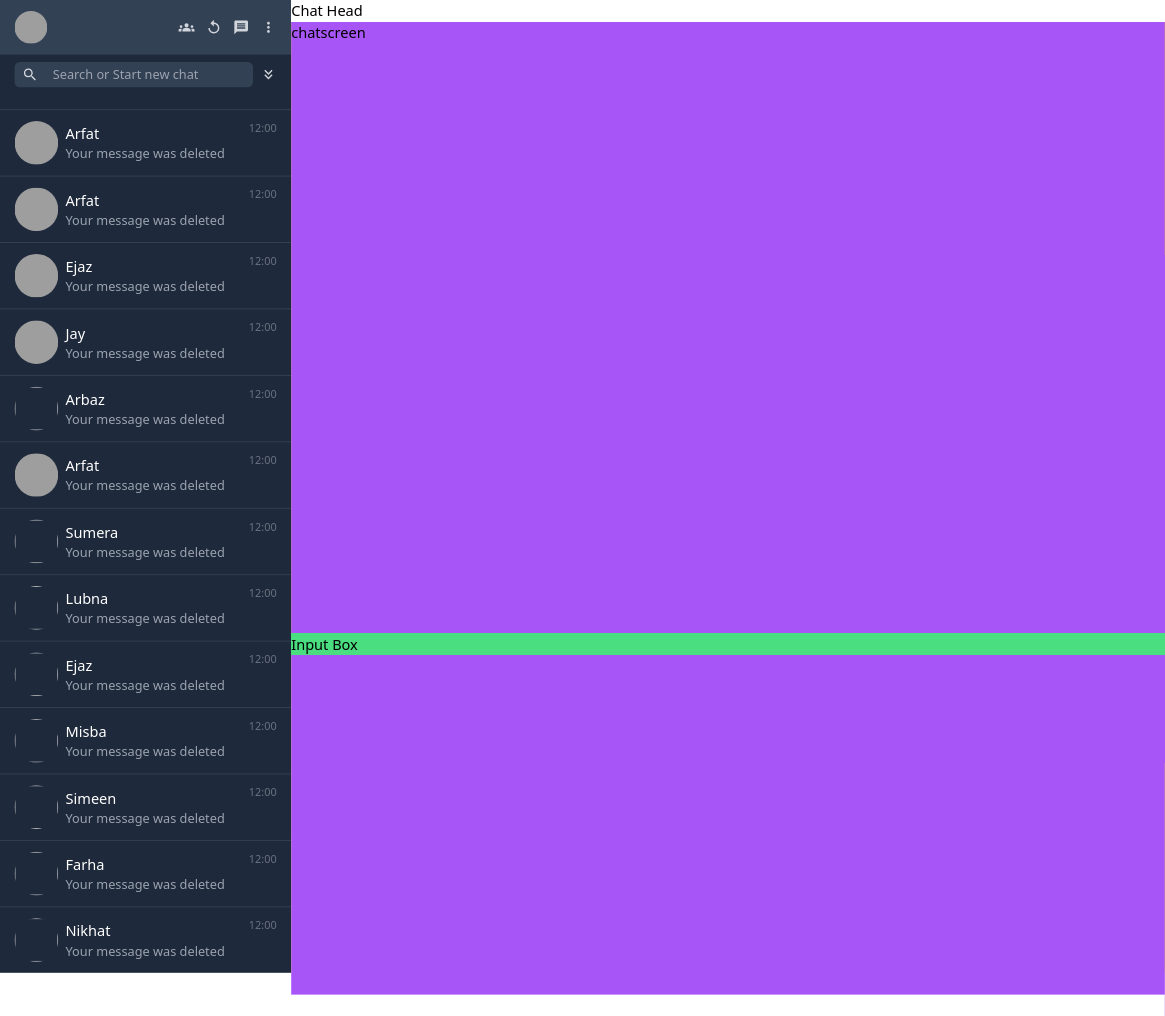
Repository: theanmol-raj/whatsapp
Page: /
An editor plug-in stored every save of this project. The page is shown before and after the next save, followed by the edit.
The browser window is 1280 px wide. The pictures show the whole page, at 91% of full size.
Pictures or frames that could not be fetched are drawn as grey boxes. The project was rebuilt for these pictures with package versions that can differ from the ones it lists, and the page was loaded fresh each time.

Above is the page before, as saved 2022-12-05 21:37:57.

### src/index.js
import React from 'react';
import ReactDOM from 'react-dom/client';
import './index.css';
import App from './App';






const root = ReactDOM.createRoot(document.getElementById('root'));

root.render(
  <App />
);

### src/App.js
import Homescreen from "./Screens/Homescreen";

function App() {

  return (
    <div className="h-screen w-screen bg-slate-900">
      <Homescreen />
      {/* LoginScreen */}
    </div>
  );
}

export default App;

### src/Screens/Homescreen.jsx
import React from 'react'
import ChatScreen from '../Components/ChatScreen'
import ContactList from '../Components/ContactList'

function Homescreen() {
  return (
    <div className=' w-full max-w-[95rem] grid grid-cols-4 h-screen bg-red-500 mx-auto'>
        {/* Contact List */}
            <ContactList />
        {/* Message Box */}
            <ChatScreen />

    </div>
  )
}

export default Homescreen

### src/Components/ChatScreen.jsx
import React from 'react'

function ChatScreen() {
  return (
    <div className=' bg-yellow-400 col-span-3 relative'>
        <div className=' w-full bg-white sticky top-0'>
                Chat Head
        </div>
        <div className=' h-full bg-purple-500'>
                chatscreen
        </div>
        <div className=' w-full sticky bottom-0 bg-green-400'>
                Input Box
        </div>
    </div>
  )
}

export default ChatScreen

### src/Components/ContactList.jsx
import React from 'react'
import GroupsIcon from '@mui/icons-material/Groups';
import ReplayIcon from '@mui/icons-material/Replay';
import MessageIcon from '@mui/icons-material/Message';
import MoreVertIcon from '@mui/icons-material/MoreVert';
import KeyboardDoubleArrowDownIcon from '@mui/icons-material/KeyboardDoubleArrowDown';
import SearchIcon from '@mui/icons-material/Search';
import ContactCard from './ContactCard';


function ContactList() {

  const ContactArray = [ { name : "Arfat" , img : `https://pps.whatsapp.net/v/t61.24694-24/312280018_169906322326594_541453286877171405_n.jpg?ccb=11-4&oh=01_AdQ1yNbSZqdVKcnMgMRJIHB1Ir-EPaz0J7QmOLxRvme0eg&oe=639896B0`} ,{ name : "Arfat" , img : `https://pps.whatsapp.net/v/t61.24694-24/312280018_169906322326594_541453286877171405_n.jpg?ccb=11-4&oh=01_AdQ1yNbSZqdVKcnMgMRJIHB1Ir-EPaz0J7QmOLxRvme0eg&oe=639896B0`},
  { name : "Ejaz" , img : `https://pps.whatsapp.net/v/t61.24694-24/298328542_766611371246745_4042993338047187675_n.jpg?ccb=11-4&oh=01_AdQ36FheWCyxcYyPJQ-xCOFR58A1-h-HbgN6dFXHd5YssQ&oe=639876BD`},
  { name : "Jay" , img : `https://pps.whatsapp.net/v/t61.24694-24/309614518_676409680674624_813590369321952386_n.jpg?ccb=11-4&oh=01_AdQbubsmhWacR9EVpPe10W9t9Xm3P9OgNLSLIcnwalFypA&oe=63989C85`}]


  return (
    <div className=' bg-slate-800'>
      <div className=' flex justify-between items-center p-3 px-4 bg-slate-700'>
        <img className=' rounded-full h-9 w-9' alt='' src="https://pps.whatsapp.net/v/t61.24694-24/158723607_419193396439292_5955373819812020282_n.jpg?stp=dst-jpg_s96x96&ccb=11-4&oh=01_AdRKjHR9ktMhs2HrAksQulr5trvWOTtpB53hlyDh0ZECbw&oe=63986EC2" />
        <div className=' flex text-gray-300 text-lg space-x-3'>
          <GroupsIcon fontSize='inherit' />
          <ReplayIcon fontSize='inherit' />
          <MessageIcon fontSize='inherit' />
          <MoreVertIcon fontSize='inherit' />
        </div>

      </div>
      <div className=' flex items-center text-gray-300 px-4 py-2 text-lg space-x-2'>
        <div className='flex items-center w-full bg-slate-700 space-x-4 px-2 py-1 rounded-md'>
          <SearchIcon fontSize='inherit' />
          <input placeholder='Search or Start new chat' className=' bg-transparent text-sm w-full' />
        </div>
        <KeyboardDoubleArrowDownIcon fontSize='inherit' />
      </div>

      <div className='mt-4'>
        {
          ContactArray.map((item,index,arrayItself) => <ContactCard key={index} showName={item.name} showImg={item.img} /> )
        }




        <ContactCard showName="Arbaz" />
        <ContactCard showName={ContactArray[0].name} showImg={ContactArray[0].img} />
        <ContactCard showName="Sumera" />

        <ContactCard showName="Lubna" />
        <ContactCard showName="Ejaz" />
        <ContactCard showName="Misba" />
        <ContactCard showName="Simeen" />
        <ContactCard showName="Farha" />
        <ContactCard showName="Nikhat" />

      </div>

    </div>
  )
}

export default ContactList

### src/Components/ContactCard.jsx
import React from 'react'




function ContactCard(props){
    console.log(props)


  return (
    <div className='text-gray-500 border-t py-3 border-slate-700 text-sm'>
        <div className=' flex justify-between mx-4'>
            <div className=' flex space-x-2 items-center'>
                <img className=' rounded-full h-12 w-12' alt='' src={props.showImg} />
                <div>
                    <p className=' text-white text-base'>{props.showName}</p>
                    <p className=' text-gray-400'> Your message was deleted</p>
                </div>
            </div>
            <div>
                <p className='text-xs '>12:00</p>
            </div>
        </div>
    </div>
  )
}

export default ContactCard

Loaded but not shown: public/index.html (common file); src/index.css (common file); tailwind.config.js (common file)

After the next save:
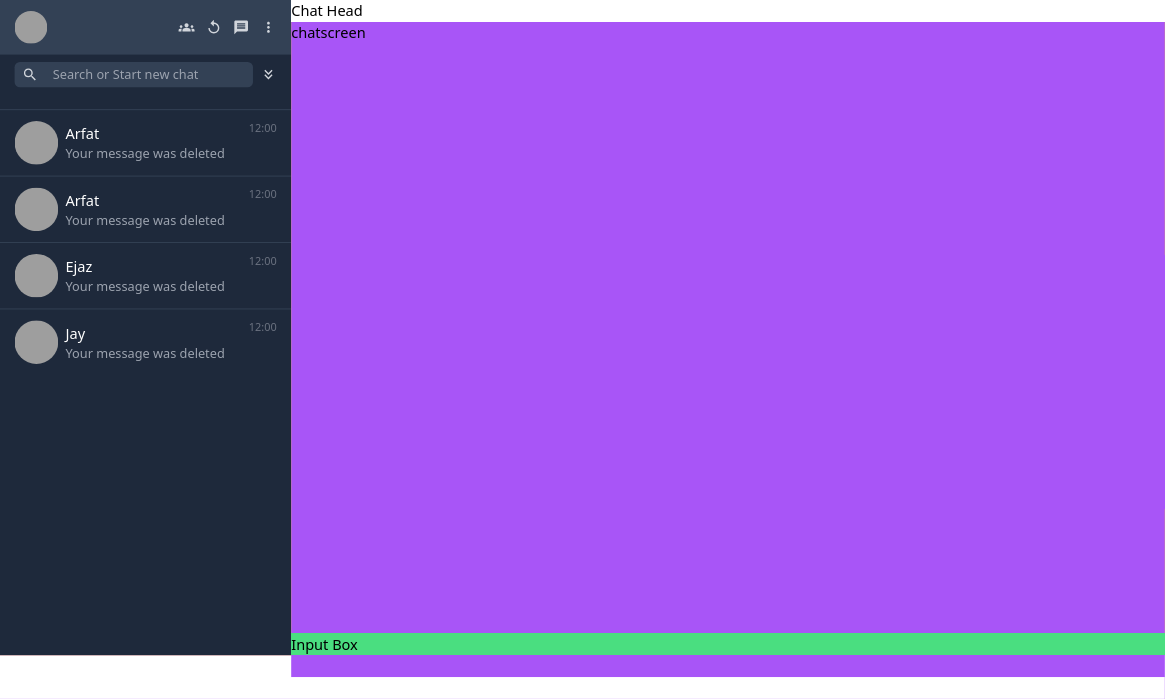
Saved 60 s later.
--- a/src/Components/ContactList.jsx
+++ b/src/Components/ContactList.jsx
@@ -37,13 +37,13 @@ function ContactList() {
 
       <div className='mt-4'>
         {
-          ContactArray.map((item,index,arrayItself) => <ContactCard key={index} showName={item.name} showImg={item.img} /> )
+          ContactArray.map((item,index) => <ContactCard key={index} showName={item.name} showImg={item.img} /> )
         }
 
 
 
 
-        <ContactCard showName="Arbaz" />
+        {/* <ContactCard showName="Arbaz" />
         <ContactCard showName={ContactArray[0].name} showImg={ContactArray[0].img} />
         <ContactCard showName="Sumera" />
 
@@ -52,7 +52,7 @@ function ContactList() {
         <ContactCard showName="Misba" />
         <ContactCard showName="Simeen" />
         <ContactCard showName="Farha" />
-        <ContactCard showName="Nikhat" />
+        <ContactCard showName="Nikhat" /> */}
 
       </div>
 
